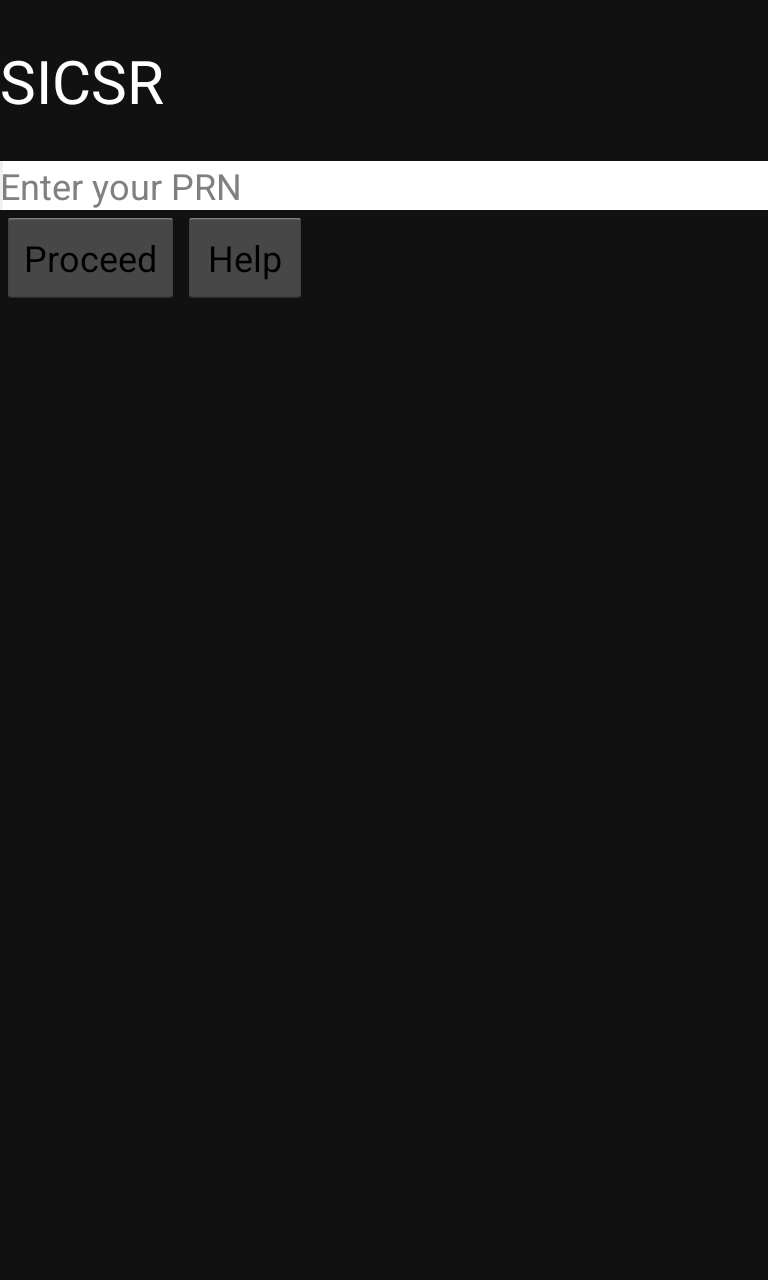
Repository: 12030121030/eventhandling
Layout: layout/res/layout/sicsr.xml
The author's editor kept a copy of each file at every save. The layout is drawn from the files as they stood at one save, then again after the next save.
It is drawn on a 768 x 1280 px phone screen (xhdpi) without system bars, with theme AppTheme; the app's code is not run.

Above is the layout before, as saved 2014-12-08 05:35:28.

### layout/res/layout/sicsr.xml
<?xml version="1.0" encoding="utf-8"?>
<TableLayout xmlns:android="http://schemas.android.com/apk/res/android"
    android:layout_width="match_parent"
    android:layout_height="match_parent"
    android:background="#111111"
    android:orientation="vertical" >

    <TextView
        android:id="@+id/textView1"
        android:layout_width="wrap_content"
        android:layout_height="wrap_content"
        android:text="SICSR"
        android:textColor="#FFFFFF"
        android:textSize="30sp"
        android:layout_gravity="center"
        android:layout_marginTop="20dp"
         />

    <EditText
        android:id="@+id/editText1"
        android:layout_width="match_parent"
        android:layout_height="wrap_content"
        android:ems="10"
        android:hint="Enter your PRN"
        android:inputType="textPersonName"
        android:background="#ffffff"
        android:layout_marginTop="20dp" >



        <requestFocus />
    </EditText>
<TableRow android:layout_width="wrap_content"
        android:layout_height="wrap_content">
    <Button
        android:id="@+id/button1"
        android:layout_width="wrap_content"
        android:layout_height="wrap_content"
        android:text="Proceed"
        android:layout_gravity="center"
        android:gravity="center" />

    <Button
        android:id="@+id/button2"
        android:layout_width="wrap_content"
        android:layout_height="wrap_content"
        android:text="Help"
        android:layout_gravity="center"
        android:gravity="center"
        />
    </TableRow>
</TableLayout>

Loaded but not shown: layout/res/values/styles.xml (common file); layout/res/values-v11/styles.xml (common file); layout/res/values-v14/styles.xml (common file)

After the next save:
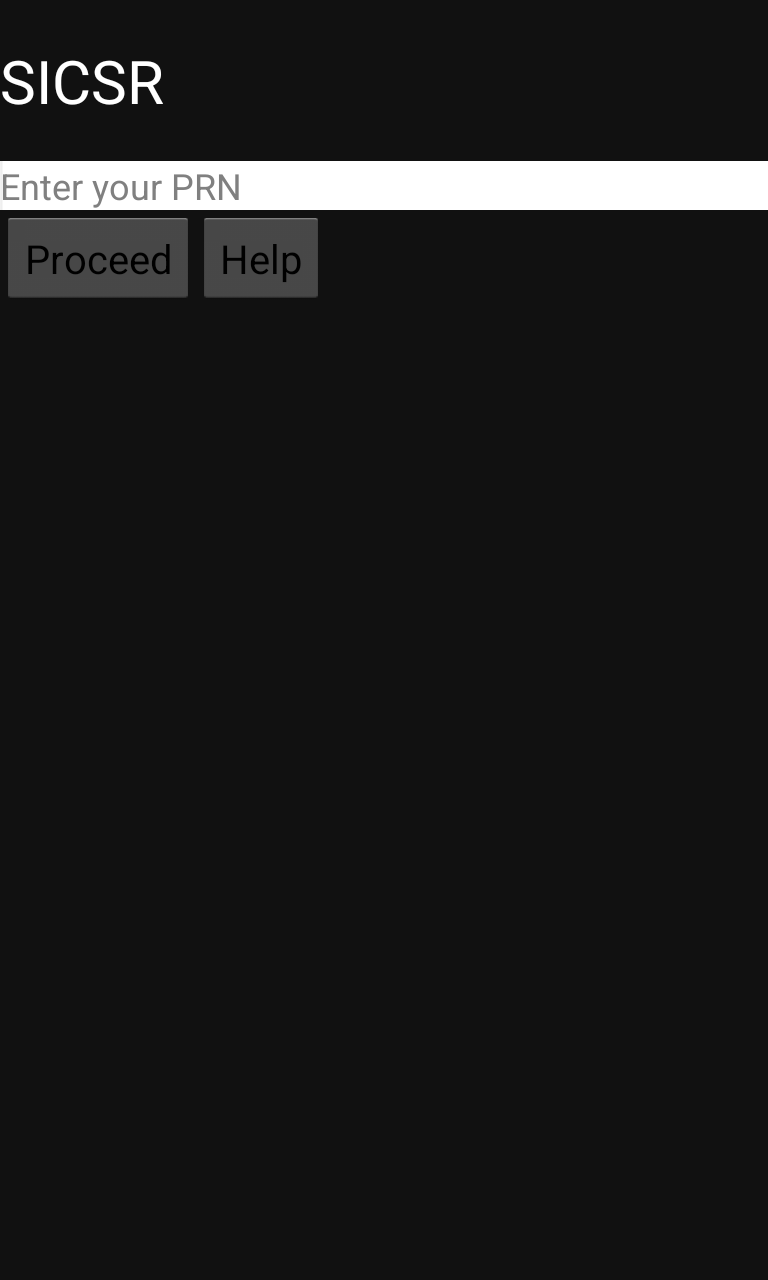
Saved 27 s later.
--- a/layout/res/layout/sicsr.xml
+++ b/layout/res/layout/sicsr.xml
@@ -38,6 +38,7 @@
         android:layout_height="wrap_content"
         android:text="Proceed"
         android:layout_gravity="center"
+         android:textSize="20sp"
         android:gravity="center" />
 
     <Button
@@ -45,6 +46,7 @@
         android:layout_width="wrap_content"
         android:layout_height="wrap_content"
         android:text="Help"
+         android:textSize="20sp"
         android:layout_gravity="center"
         android:gravity="center"
         />
